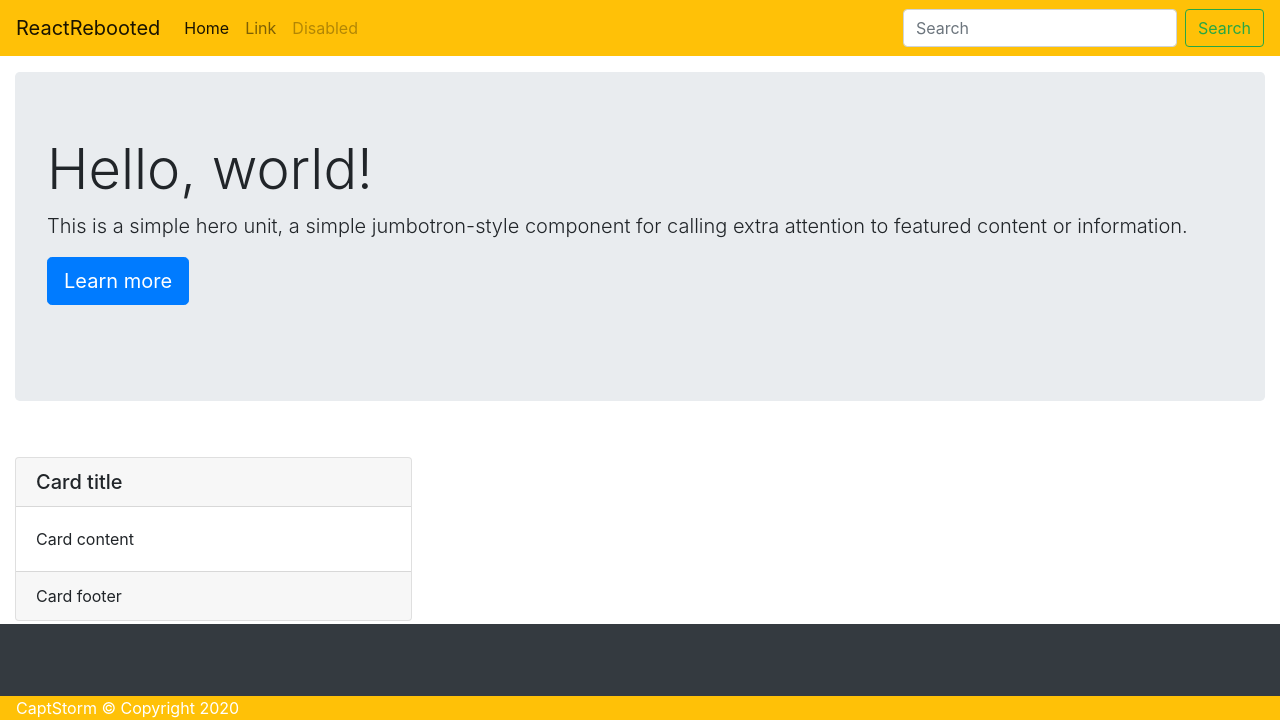
Repository: CaptainStorm21/complete-react16-bootstrap-passing-props
Page: /
These files come from the project's save history. The page is drawn as it stood at one moment and after a run of saves; the edit follows.
The browser window is 1280 px wide. The pictures show the whole page.
The project was rebuilt for these pictures with package versions that can differ from the ones it lists, and the page was loaded fresh each time. Also part of the build but not shown: src/components/layout/Nav.css.

Above is the page before, as saved 2020-04-23 21:01:37.

### public/index.html
<!DOCTYPE html>
<html lang="en">
<head>
  <title>Bootstrap Example</title>
  <meta charset="utf-8">
  <meta name="viewport" content="width=device-width, initial-scale=1">
  <link rel="stylesheet" href="https://maxcdn.bootstrapcdn.com/bootstrap/4.4.1/css/bootstrap.min.css">
  <script src="https://ajax.googleapis.com/ajax/libs/jquery/3.4.1/jquery.min.js"></script>
  <script src="https://cdnjs.cloudflare.com/ajax/libs/popper.js/1.16.0/umd/popper.min.js"></script>
  <script src="https://maxcdn.bootstrapcdn.com/bootstrap/4.4.1/js/bootstrap.min.js"></script>
</head>
<body>
<div id="root"></div>

</body>
</html>

### src/index.js
import React from 'react';
import ReactDOM from 'react-dom';
import './style.css';
import App from './App';
import * as serviceWorker from './serviceWorker';


ReactDOM.render(
  <React.StrictMode>
    <App />
  </React.StrictMode>,
  document.getElementById('root')
);

// If you want your app to work offline and load faster, you can change
// unregister() to register() below. Note this comes with some pitfalls.
// Learn more about service workers: https://bit.ly/CRA-PWA
serviceWorker.unregister();

### src/style.css




body {
  margin: 0;
  font-family: -apple-system, BlinkMacSystemFont, 'Segoe UI', 'Roboto', 'Oxygen',
    'Ubuntu', 'Cantarell', 'Fira Sans', 'Droid Sans', 'Helvetica Neue',
    sans-serif;
  -webkit-font-smoothing: antialiased;
  -moz-osx-font-smoothing: grayscale;
}

.footer {
  position: absolute;
  bottom: 0;
  width: 100%;
  height: 60px; /* Set the fixed height of the footer here */
  line-height: 60px; /* Vertically center the text there */
  background-color: purple;
}

### src/App.js
import React from "react";
import Main from "./components/Main";
import ContanerCard from "./components/ContainerCard";

import Header from "./components/layout/Header";
import Footer from "./components/layout/Footer";

function App() {
  return (
    <div>
      <Header />
      <div classNameName="container-fluid">
        <div className="col-lg-12 py-3">
          <Main />
        </div>
        <div className="container-fluid">
          <div className="row">
            <ContanerCard />
          </div>
        </div>
        <Footer />
      </div>
    </div>
  );
}

export default App;

### src/components/Main.js
import React from "react";

function Main() {
  return (
    <div className="jumbotron">
      <h1 className="display-4">Hello, world!</h1>
      <p className="lead">
        This is a simple hero unit, a simple jumbotron-style component for
        calling extra attention to featured content or information.
        <p className = "py-3">
        <a className="btn btn-primary btn-lg" href="#" role="button">
          Learn more
        </a>
        </p>
      </p>
    </div>
  );
}

export default Main;

### src/components/ContainerCard.js
import React from "react";

function ContainerCard() {
  return (
    <div className="col-md-4 col-lg-4 py-2">
    <div className="card">
      <h5 className="card-header">Card title</h5>
      <div className="card-body">
        <p className="card-text">Card content</p>
      </div>
      <div className="card-footer">Card footer</div>
    </div>
    </div>
  );
}

export default ContainerCard;

### src/components/layout/Header.js
import React from "react";
import Navbar from "./Navbar";

function Header() {
  return (
    <nav className="navbar navbar-expand-lg navbar-light bg-warning">
              <Navbar />
    </nav>
  );
}

export default Header;

### src/components/layout/Footer.js
import React from "react";

function Footer() {
  return (
    <footer className="bg-dark py-5 fixed-bottom ">
      <div className="container"></div>
      <div className="container-fluid">
        <div className="row bg-info">
        <div className="bg-warning fixed-bottom">
          <span className="p-3 text-white">
            CaptStorm &copy; Copyright 2020
          </span>
        </div>        </div>
      </div>
    </footer>
  );
}

export default Footer;

### src/components/layout/Navbar.js
import React from "react";
import "./Nav.css";

function Navbar() {
  return (
    <>
 <a className="navbar-brand" href="#">ReactRebooted</a>
  <button className="navbar-toggler" type="button" data-toggle="collapse" data-target="#navbarTogglerDemo02" aria-controls="navbarTogglerDemo02" aria-expanded="false" aria-label="Toggle navigation">
    <span className="navbar-toggler-icon"></span>
  </button>

  <div className="collapse navbar-collapse" id="navbarTogglerDemo02">
    <ul className="navbar-nav mr-auto mt-2 mt-lg-0">
      <li className="nav-item active">
        <a className="nav-link" href="#">Home <span className="sr-only">(current)</span></a>
      </li>
      <li className="nav-item">
        <a className="nav-link" href="#">Link</a>
      </li>
      <li className="nav-item">
        <a className="nav-link disabled" href="#" tabindex="-1" aria-disabled="true">Disabled</a>
      </li>
    </ul>
    <form className="form-inline my-2 my-lg-0 ">
      <input className="form-control mr-sm-2" type="search" placeholder="Search" />
      <button className="btn btn-outline-success my-2 my-sm-0" type="submit">Search</button>
    </form>
    </div>
        </>

  );
}

export default Navbar;

Loaded but not shown: src/serviceWorker.js (common file)

After the next 2 saves:
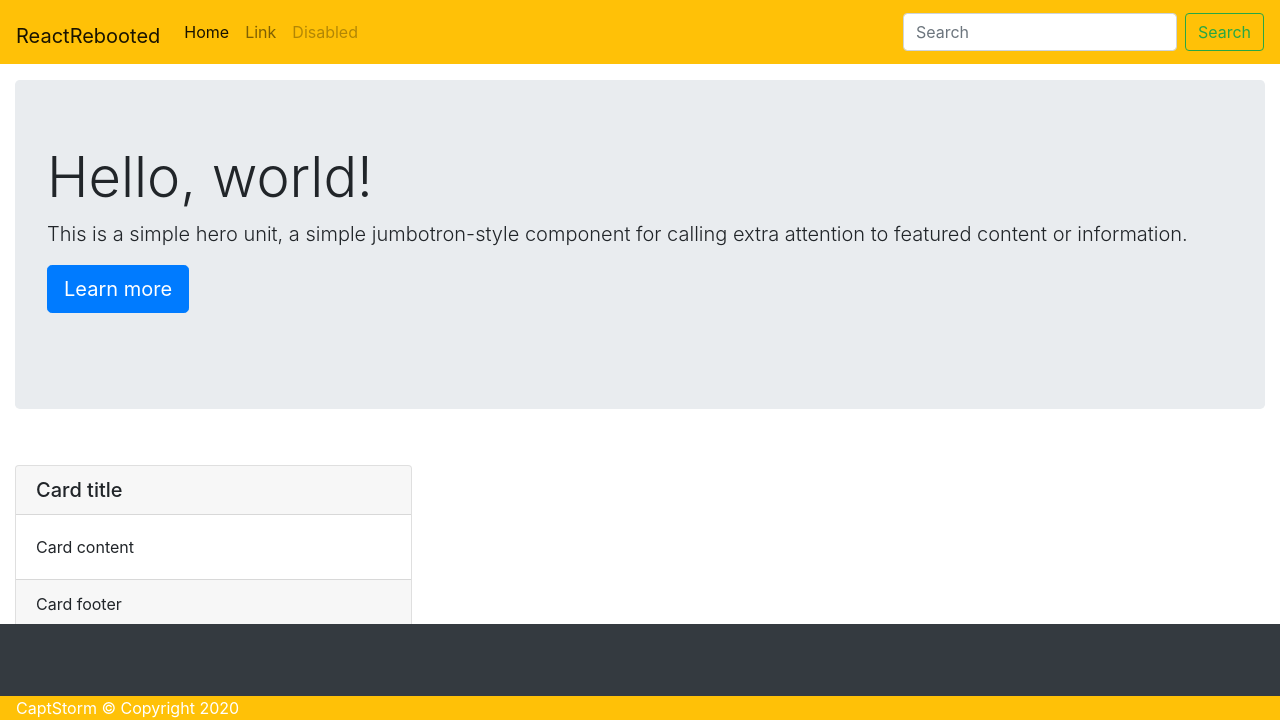
The 2 saves are shown as one change because they came seconds apart.
The last was saved 7 s later.
--- a/src/components/layout/Navbar.js
+++ b/src/components/layout/Navbar.js
@@ -4,7 +4,7 @@ import "./Nav.css";
 function Navbar() {
   return (
     <>
- <a className="navbar-brand" href="#">ReactRebooted</a>
+ <a className="navbar-brand" href="#"><h3></h3>ReactRebooted</a>
   <button className="navbar-toggler" type="button" data-toggle="collapse" data-target="#navbarTogglerDemo02" aria-controls="navbarTogglerDemo02" aria-expanded="false" aria-label="Toggle navigation">
     <span className="navbar-toggler-icon"></span>
   </button>
